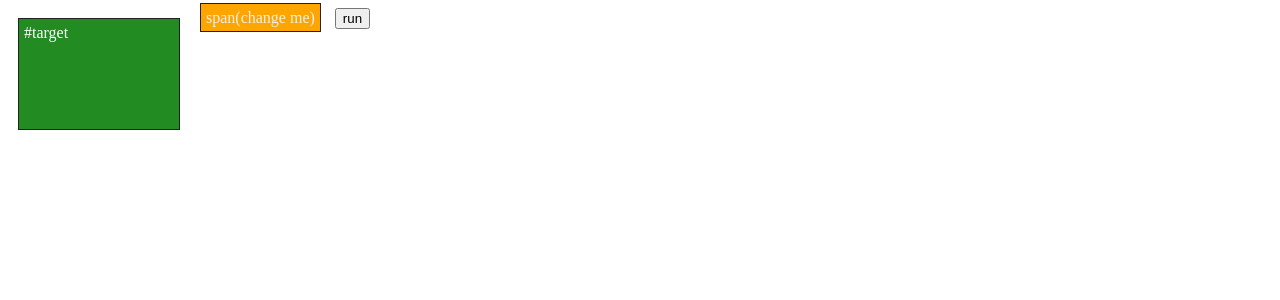
Repository: silenttemplar/java_start_project
Page: hansung_ee_2014/hansung_jquery_exercise/WebContent/Change_Parent.html
An editor plug-in stored every save of this project. The page is shown before and after the next save, followed by the edit.
The browser window is 1280 px wide. The pictures show the whole page.

Above is the page before, as saved 2014-08-27 02:28:42.

After the next save:
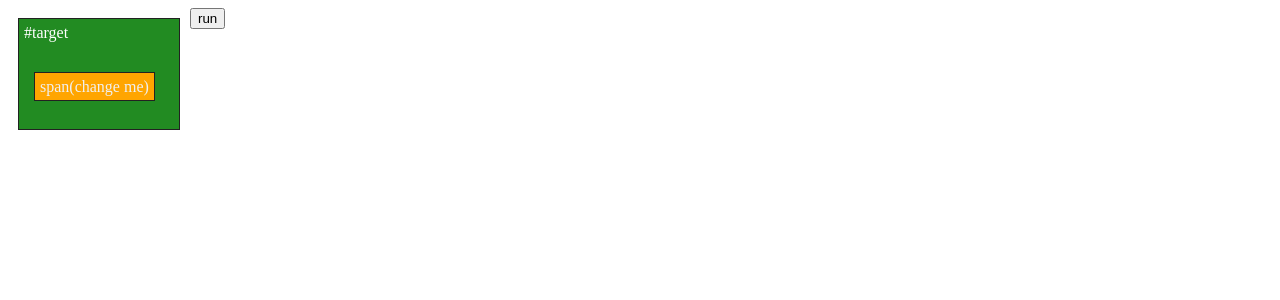
Saved 114 s later.
--- a/hansung_ee_2014/hansung_jquery_exercise/WebContent/Change_Parent.html
+++ b/hansung_ee_2014/hansung_jquery_exercise/WebContent/Change_Parent.html
@@ -24,12 +24,14 @@
 		 background-color: rgb(34, 139, 34);
 		 margin: 10px; padding: 5px;">
 		#target<br />
-	</div>
-	<span
-		style="color:rgb(240,240,240);
+		<br/>
+		<br/>
+		<span
+			style="color:rgb(240,240,240);
 					background-color:rgb(255,165,0);
 					margin:10px; border:1px solid rgb(34,34,34);
 					padding:5px;">span(change me)</span>
+	</div>
 	<input type="button" value="run" onclick="run()" />
 </body>
 </html>
